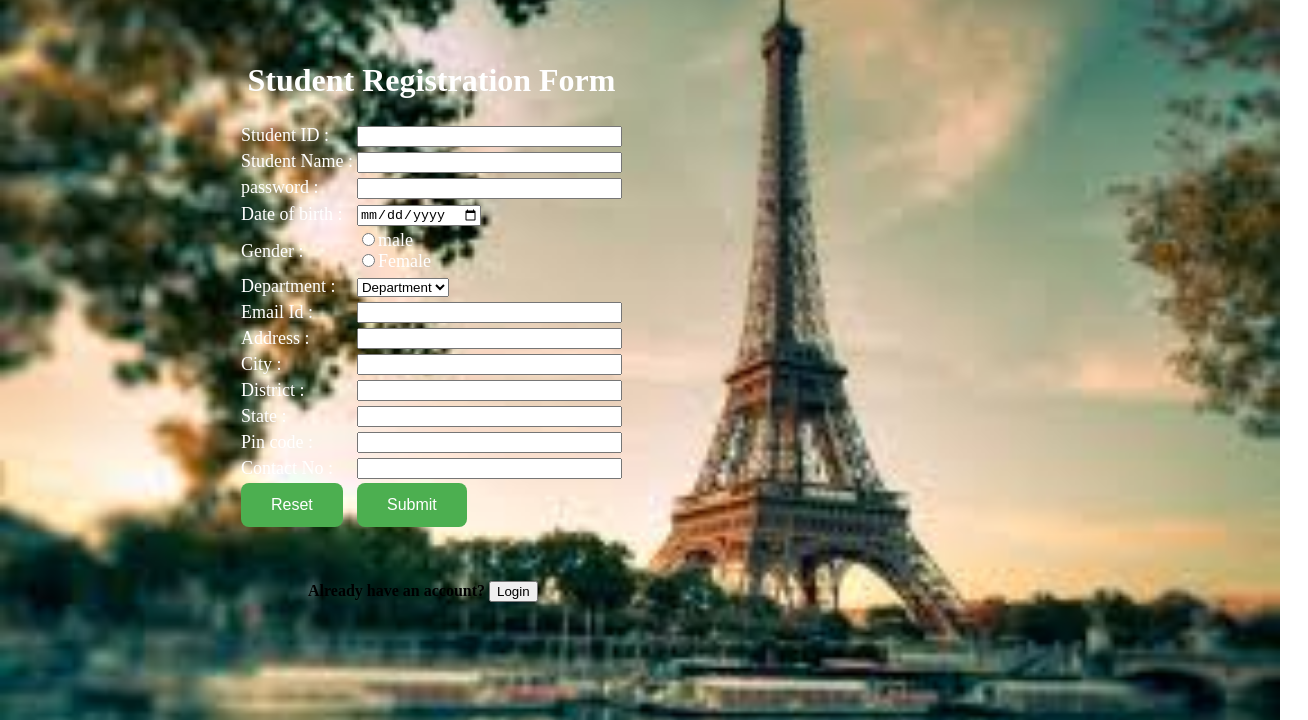
Repository: srikanthModugu/jdbc-servlet-jsp
Page: SutudentRegistration/WebContent/Registration.html
An editor plug-in stored every save of this project. The page is shown before and after the next save, followed by the edit.
The browser window is 1280 px wide. The page is 1308 px wide, so the pictures cover 1308 px, including what lies to the right of the window. The pictures show the whole page.

Above is the page before, as saved 2017-10-02 14:52:41.
Console error: SyntaxError: Unexpected end of input

After the next save:
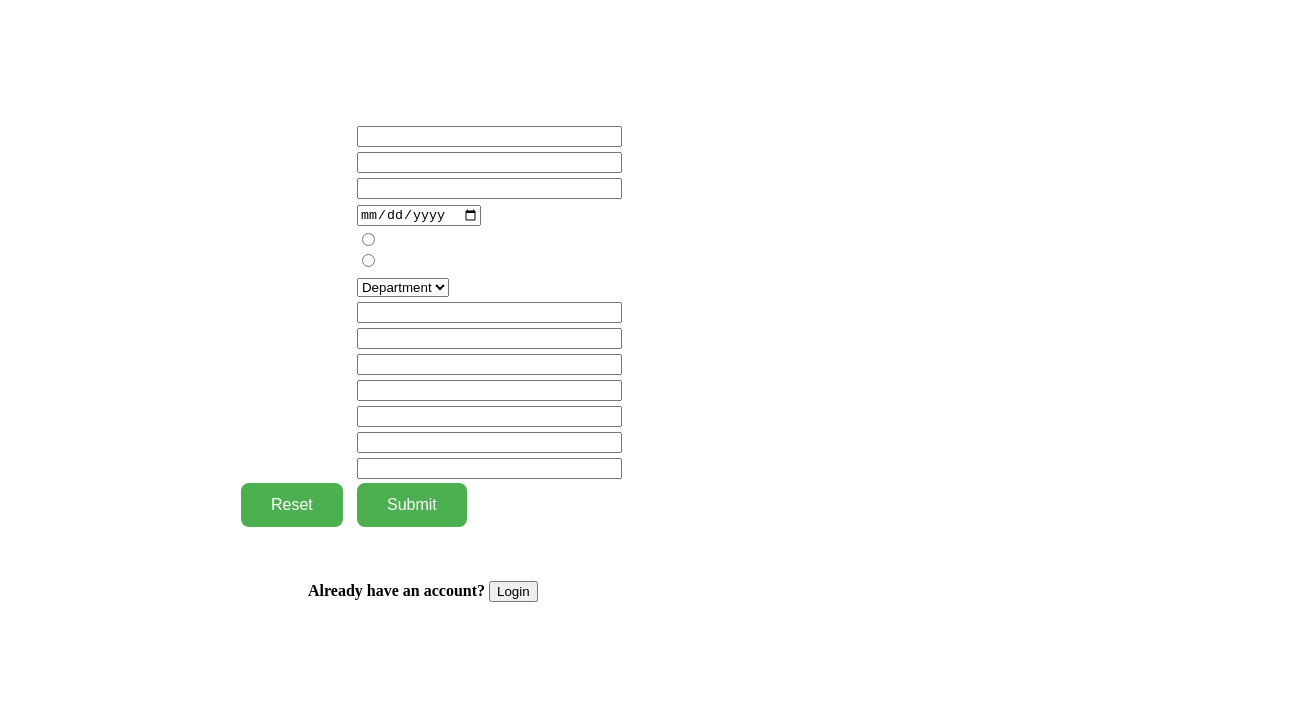
Not found: SutudentRegistration/WebContent/back.jpeg
Saved 105 s later.
--- a/SutudentRegistration/WebContent/Registration.html
+++ b/SutudentRegistration/WebContent/Registration.html
@@ -17,7 +17,7 @@
 }
 .bg {
     /* The image used */
-    background-image: url("backGround.jpeg");
+    background-image: url("back.jpeg");
 
     /* Full height */
     height: 100%;

After the save that followed:
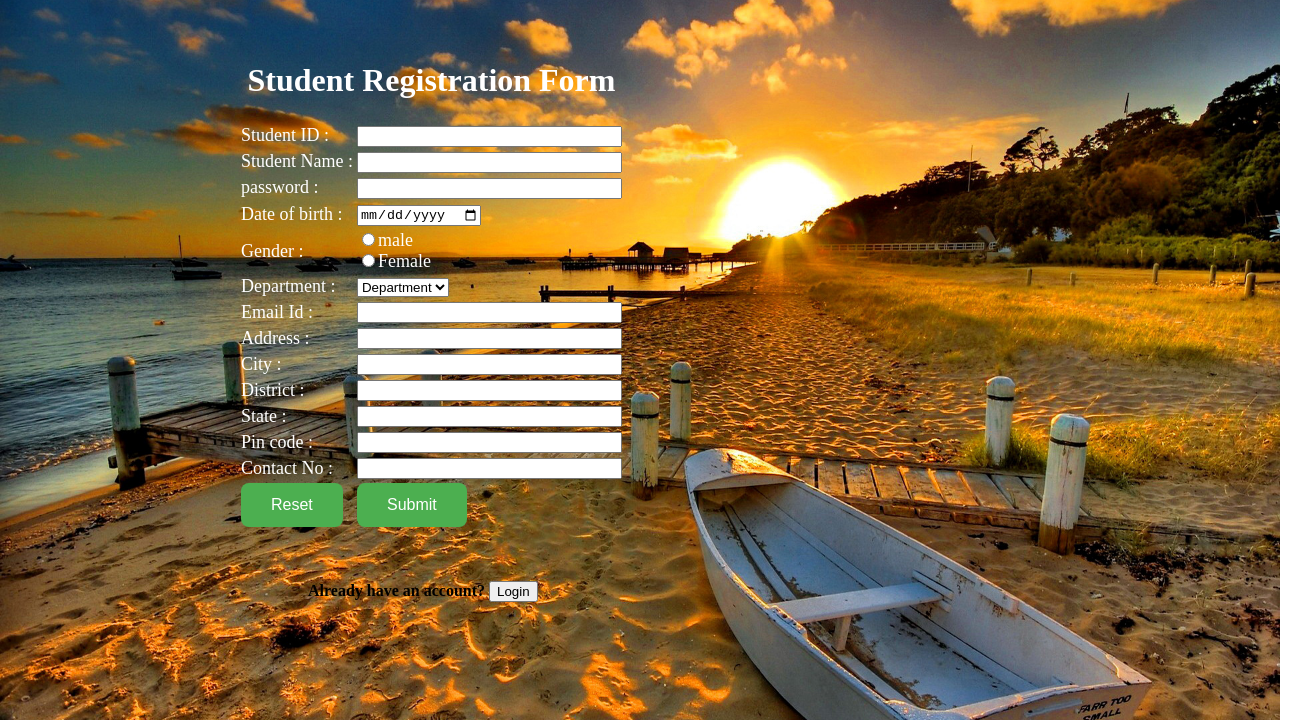
Saved 17 s later.
--- a/SutudentRegistration/WebContent/Registration.html
+++ b/SutudentRegistration/WebContent/Registration.html
@@ -17,7 +17,7 @@
 }
 .bg {
     /* The image used */
-    background-image: url("back.jpeg");
+    background-image: url("back.jpg");
 
     /* Full height */
     height: 100%;
